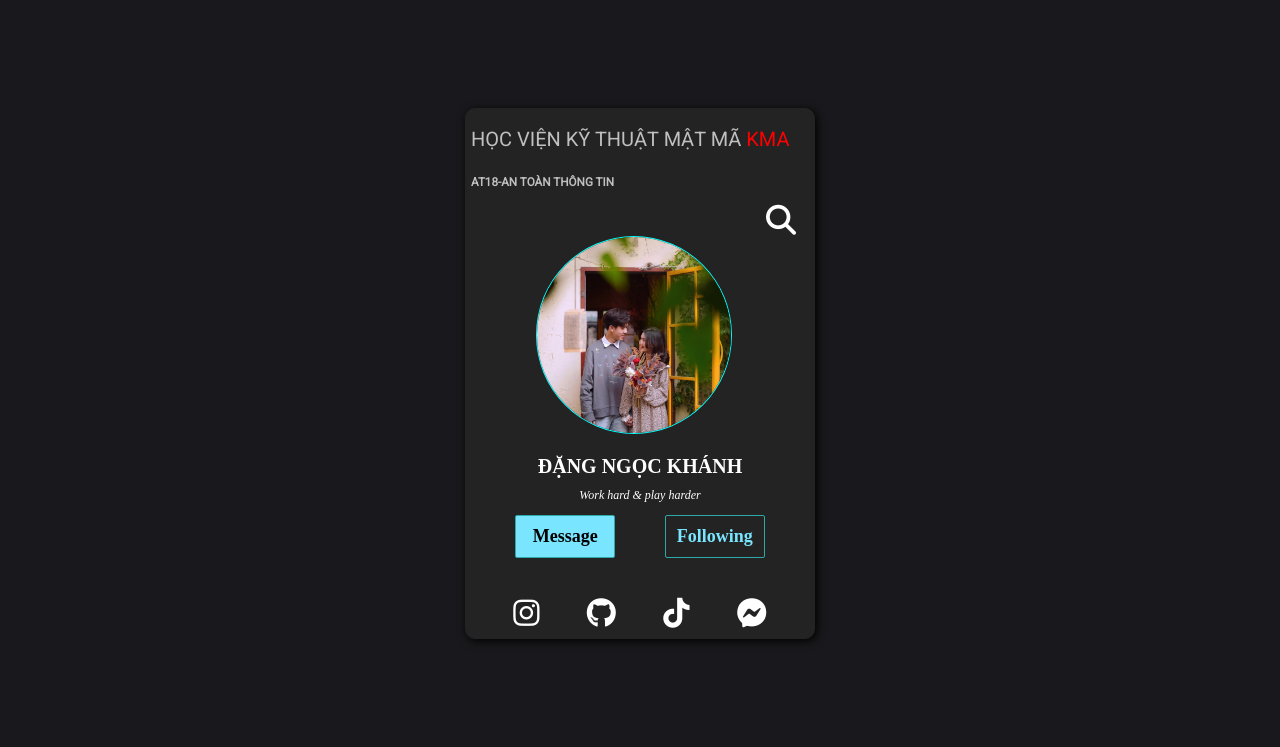
Repository: KHANHD192/flash_card-demo
Page: index.html
The author's editor kept a copy of each file at every save. The page is drawn from the files as they stood at one save, then again after the next save.
The browser window is 1280 px wide. The pictures show the whole page.

Above is the page before, as saved 2023-03-10 19:14:24.

### index.html
<!DOCTYPE html>
<html>
    <head>
        <meta name="viewport" content="width=device-width, initial-scale=1.0">
        <title>Flash Card</title>
        <link rel="stylesheet" href="/css/main.css">
        <link rel="stylesheet" href="css/base.css">
         <link rel="shortcut icon" type="image/png" href="icons8-cat-100.png"/>
        <link rel="stylesheet" href="https://cdnjs.cloudflare.com/ajax/libs/font-awesome/6.2.0/css/all.min.css" integrity="sha512-xh6O/CkQoPOWDdYTDqeRdPCVd1SpvCA9XXcUnZS2FmJNp1coAFzvtCN9BmamE+4aHK8yyUHUSCcJHgXloTyT2A==" crossorigin="anonymous" referrerpolicy="no-referrer" />
        <link rel="preconnect" href="https://fonts.googleapis.com">
<link rel="preconnect" href="https://fonts.gstatic.com" crossorigin>
<link href="https://fonts.googleapis.com/css2?family=Roboto&display=swap" rel="stylesheet">
        <link rel="stylesheet" href="https://cdnjs.cloudflare.com/ajax/libs/font-awesome/6.2.0/css/brands.min.css" integrity="sha512-+oRH6u1nDGSm3hH8poU85YFIVTdSnS2f+texdPGrURaJh8hzmhMiZrQth6l56P4ZQmxeZzd2DqVEMqQoJ8J89A==" crossorigin="anonymous" referrerpolicy="no-referrer" />
    </head>
    <body>
        <div class="container">
            <div class="header">
                <h1 class="header__heading">HỌC VIỆN KỸ THUẬT MẬT MÃ <span>KMA</span></h1>
                 <h3 class="header__grade "
                 >AT18-AN TOÀN THÔNG TIN</h3>
            </div>
            <div class="content">
                <label  class="label__image"for="check__image">
                <i class="fa-solid fa-magnifying-glass"></i>
            </label>
                       <input  hidden class="content__input" type="checkbox" name="" id="check__image">
                <div class="content__image">
                        <img src="309061392_1112375939667877_5335459648967701265_n.jpeg" alt="AVATAR">
                </div>
                <p class="content__fullname">ĐẶNG NGỌC KHÁNH</p>
                <p class="content__des">Work hard & play harder</p>
                 <div class="link__button">
                    <a href="mailto:khanhdangkma2003@gmail.com" class="link">Message</a>
                    <a href="#" class="link disable">Following</a>
                 </div>
            </div>
            <div class="list_social">
                  <ul class="social__item">
                    <li class="list__item">
                        <a href="https://l.facebook.com/l.php?u=https%3A%2F%2Fwww.instagram.com%2Fdangkhanhk3%3Ffbclid%3DIwAR1hUb6OVVCeF-Xtdj4G_L9YhwwG9JS2csLUjMGB3YUsxkxOaBM4rp6w14A&h=AT1h_ckSn8r69H7rAYGEE9SPOVQQZx2RZwD3vettFXHtb6HwHe4rm1GrzZfjhm567qXJubxlBVFO49IRwx9RnyjHlCFhT_fEbbmCFFmE56-mp1OTCZw0iS3F7SRfA4SNxKRIaON22w" class="link__istagram">


                        <i class="fa-brands fa-instagram"></i>
                    </a>
                    </li>
                    <li class="list__item">
                        <a href="https://github.com/KHANHD192" class="">


                       <i class="fa-brands fa-github"></i>
                    </a>
                    </li>
                    <li class="list__item">
                        <a href="https://www.tiktok.com/@dangkhanhokla?fbclid=IwAR2pLVGxy-zesRRJGAt13ZJqnSbWPphUEt5I46BOY2i5onw1EjNpByDPg2M" class="">


                        <i class="fa-brands fa-tiktok"></i>
                    </a>
                    </li>
                    <li class="list__item">
                        <a href="https://www.facebook.com/khanhdz199/" class="">


                        <i class="fa-brands fa-facebook-messenger"></i>
                    </a>
                    </li>
                  </ul>

            </div>
        </div>
    </body>
</html>

### css/base.css
*{

    box-sizing: border-box;
}
html{
 background-color:#19181c;
 font-size : 62.5%;
}
body{
    display: flex;
    flex-direction: row;
}
.container{
    width: 35rem;
    background-color: #232323;
    border: 1px solid #232323;
    border-radius: 1rem;
    margin : 10rem auto;
    box-shadow: 2px 2px 10px black;
}

.link__button{
    display: flex;
    justify-content: space-evenly;
}
.header__name ,.header__heading{
 font-weight: 500;
 color:silver;
 font-family:'Roboto', sans-serif;
 padding : 5px;
}
.header__heading{
        font-size: 1;
}
.content__des{
    font-size:1.2rem;
    font-style: italic;
    text-align: center;
    color: white;
    margin-top: -10px;
}
span{
    color:red;
}
.header__grade{
    color:silver;
    font-family:'Roboto', sans-serif;
    padding :5px;
}
.link{
   text-decoration: none;
   font-size: 1.8rem;
   padding:1rem;
   width: 10rem;
   text-align: center;
   border:1px solid #2da9a9;
   border-radius: 2px;
   color:black;
   background-color:#7ae5ff ;
   font-weight: bold;
}
.disable{
    background-color: transparent;
    color:#7ae5ff;
}


.content__image{
  width: 20rem;
  height: 20rem;
  border: 1px solid transparent;
  display: flex;
  position: relative;
}
img{
    width: 99%;
    height: 100%;
    border-radius: 50%;
    border: 1px solid aqua;
    margin-left: 35%;
}
.content__fullname{
    font-size: 2rem;
    font-weight: bold;
    text-align: center;
    color:white;
}
.social__item{
    margin-top: 4rem;
    display: flex;
    justify-content: space-evenly;
    list-style: none;
    padding: 0;
}
i{
font-size: 3rem;
cursor: pointer;
color: white;
}
i:hover{
  color:rgba(255, 0, 0, 0.562);
}
.fa-magnifying-glass{
    transform: translateX(30rem);
}
.content__input:checked ~ .content__image{
    width: 35rem;
    height: 35rem;
}
.content__input:checked ~ .content__image img{
     width: 35rem;
     height: 35rem;
     border:none;
     border-radius: 0;
     margin:0;
}

Loaded but not shown: css/main.css (no stored copy; drawn as an empty file)

After the next save:
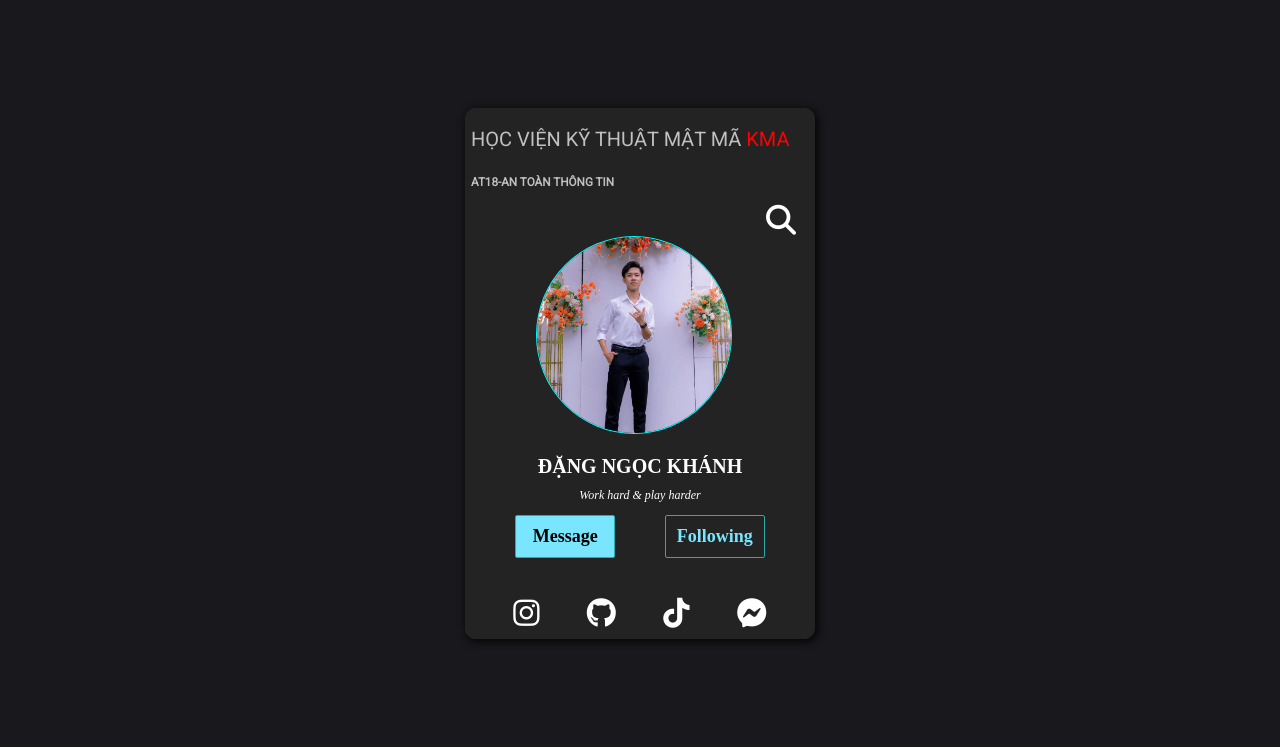
Saved 118 s later.
--- a/index.html
+++ b/index.html
@@ -25,7 +25,7 @@
             </label>
                        <input  hidden class="content__input" type="checkbox" name="" id="check__image">
                 <div class="content__image">
-                        <img src="309061392_1112375939667877_5335459648967701265_n.jpeg" alt="AVATAR">
+                        <img src="./309417688_1122145662024238_4120677521285203386_n.jpg" alt="AVATAR">
                 </div>
                 <p class="content__fullname">ĐẶNG NGỌC KHÁNH</p>
                 <p class="content__des">Work hard & play harder</p>
